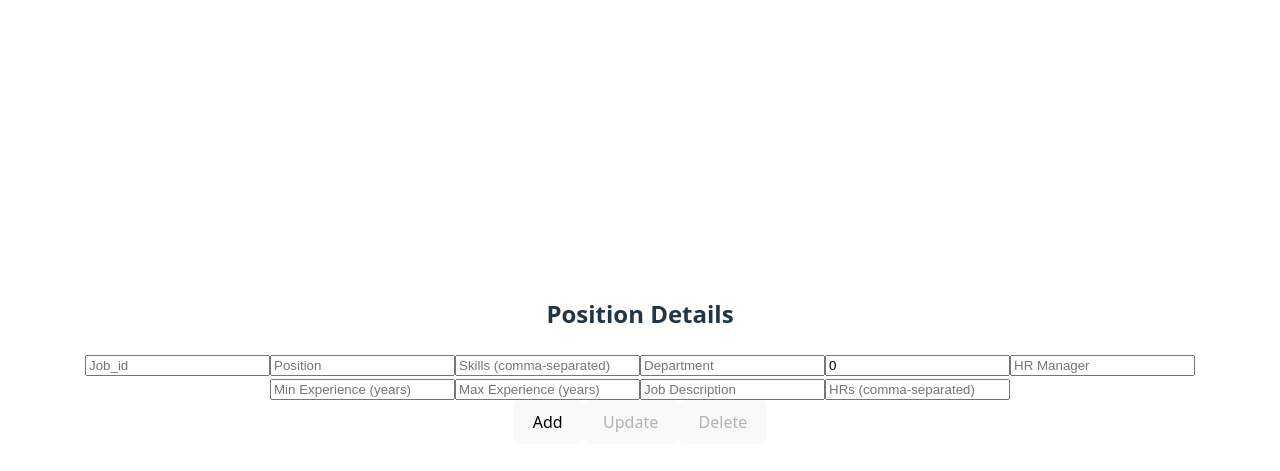
Repository: Moqueed/Delta_Iot
Page: /admin-dashboard/active-positions (app in client/)
An editor plug-in stored every save of this project. The page is shown before and after the next save, followed by the edit.
The browser window is 1280 px wide. The pictures show the whole page.
The project was rebuilt for these pictures with package versions that can differ from the ones it lists, and the page was loaded fresh each time. Also part of the build but not shown: client/vite.config.js, client/src/api/users.js, client/src/pages/Register/index.jsx, client/src/pages/Login/index.jsx, client/src/components/ProtectedRoute.jsx, client/src/pages/HR/HRDashboard.jsx, client/src/pages/Admin/AdminDashboard.jsx, client/src/pages/HR/TotalDataPage.jsx.

Above is the page before, as saved 2025-03-15 16:04:18.

### client/src/App.jsx
import { Route, Routes } from "react-router-dom";
import "./App.css";
import RegisterPage from "./pages/Register";
import LoginPage from "./pages/Login";
import ProtectedRoute from "./components/ProtectedRoute";
import HRDashboard from "./pages/HR/HRDashboard";
import AdminDashboard from "./pages/Admin/AdminDashboard";
import TotalDataPage from "./pages/HR/TotalDataPage";
import ActivePositions from "./pages/Admin/ActivePositions";

function App() {
  return (
    <>
      <Routes>
        <Route path="/register" element={<RegisterPage />} />
        <Route path="/login" element={<LoginPage />} />
        <Route
          path="/hr-dashboard"
          element={
            <ProtectedRoute role="HR">
              <HRDashboard />
            </ProtectedRoute>
          }
        />
        <Route
          path="/admin-dashboard"
          element={
            <ProtectedRoute role="Admin">
              <AdminDashboard />
            </ProtectedRoute>
          }
        />
        <Route path="*" element={<LoginPage />} />
        <Route path="/total-data" element={<TotalDataPage/>}/>
        <Route path="/admin-dashboard/active-positions" element={<ActivePositions/>}/>
      </Routes>
    </>
  );
}

export default App;

### client/src/pages/Admin/ActivePositions.jsx
import React, { useState, useEffect } from "react";
import { createPosition, deletePosition, updatePosition } from "../../api/activePositions";

const PositionForm = ({ selectedPosition, refreshPositions }) => {
  // ✅ Define state at the top level
  const initialFormState = {
    job_id:"",
    position: "",
    skills: "",
    department: "",
    vacancy: 0,
    manager: "",
    minimum_experience: "",
    maximum_experience: "",
    job_description: "",
    HRs: "",
  };

  const [formData, setFormData] = useState(initialFormState);

  // ✅ Fill form when selecting a position
  useEffect(() => {
    if (selectedPosition) {
      setFormData({
        ...selectedPosition,
        skills: Array.isArray(selectedPosition.skills)
          ? selectedPosition.skills.join(", ")
          : selectedPosition.skills,
        HRs: Array.isArray(selectedPosition.HRs)
          ? selectedPosition.HRs.join(", ")
          : selectedPosition.HRs,
      });
    } else {
      setFormData(initialFormState);
    }
  }, [selectedPosition]);

  // ✅ Handle form input changes (convert skills/HRs to arrays)
  const handleChange = (e) => {
    const { name, value } = e.target;
    setFormData({
      ...formData,
      [name]: ["skills", "HRs"].includes(name)
        ? value.split(",").map((item) => item.trim())
        : value,
    });
  };

  // ✅ Add new position
  const handleAdd = async () => {
    try {
      const payload = {
        ...formData,
        skills: Array.isArray(formData.skills)
          ? formData.skills
          : formData.skills.split(",").map((skill) => skill.trim()),
      };

      await createPosition(payload);
      alert("Position added successfully!");
      setFormData(initialFormState);
      refreshPositions();
    } catch (error) {
      console.error("Failed to add position:", error);
    }
  };

  // ✅ Update existing position
  const handleUpdate = async () => {
    try {
      if (selectedPosition?.job_id) {
        const formattedData = {
          ...formData,
          skills: formData.skills.split(",").map((skill) => skill.trim()),
          HRs: formData.HRs.split(",").map((hr) => hr.trim()),
        };

        await updatePosition(selectedPosition.job_id, formattedData);
        alert("Position updated successfully!");
        refreshPositions();
      }
    } catch (error) {
      console.error("Failed to update position:", error);
      alert("Error: " + (error.response?.data?.error || error.message));
    }
  };

  // ✅ Delete position
  const handleDelete = async () => {
    try {
      if (selectedPosition?.job_id) {
        await deletePosition(selectedPosition.job_id);
        alert("Position deleted successfully!");
        setFormData(initialFormState);
        refreshPositions();
      }
    } catch (error) {
      console.error("Failed to delete position:", error);
      alert("Error: " + (error.response?.data?.error || error.message));
    }
  };

  // ✅ Render form UI
  return (
    <div className="position-form">
      <h2>Position Details</h2>

      <input
        name="job_id"
        placeholder="Job_id"
        value={formData.job_id}
        onChange={handleChange}
      />
      <input
        name="position"
        placeholder="Position"
        value={formData.position}
        onChange={handleChange}
      />
       <input
        name="skills"
        placeholder="Skills (comma-separated)"
        value={formData.skills}
        onChange={handleChange}
      />
       <input
        name="department"
        placeholder="Department"
        value={formData.department}
        onChange={handleChange}
      />
       <input
        name="vacancy"
        placeholder="Vacancy"
        value={formData.vacancy}
        onChange={handleChange}
      />
       <input
        name="manager"
        placeholder="HR Manager"
        value={formData.manager}
        onChange={handleChange}
      />
      <input
        name="minimum_experience"
        placeholder="Min Experience (years)"
        type="number"
        value={formData.minimum_experience}
        onChange={handleChange}
      />
      <input
        name="maximum_experience"
        placeholder="Max Experience (years)"
        type="number"
        value={formData.maximum_experience}
        onChange={handleChange}
      />
      <input
        name="job_description"
        placeholder="Job Description"
        value={formData.job_description}
        onChange={handleChange}
      />
      <input
        name="HRs"
        placeholder="HRs (comma-separated)"
        value={formData.HRs}
        onChange={handleChange}
      />

      {/* Button Row */}
      <div className="button-row">
        <button className="add-btn" onClick={handleAdd}>
          Add
        </button>
        <button
          className="update-btn"
          onClick={handleUpdate}
          disabled={!selectedPosition}
        >
          Update
        </button>
        <button
          className="delete-btn"
          onClick={handleDelete}
          disabled={!selectedPosition}
        >
          Delete
        </button>
      </div>
    </div>
  );
};

export default PositionForm;

### client/src/api/activePositions.js
import axiosInstance from ".";


// Fetch all active positions
export const fetchPositions = async () => {
  try {
    const response = await axiosInstance.get("/api/positions/get-position");
    return response.data;
  } catch (error) {
    console.error("Error fetching positions:", error);
    throw error;
  }
};

// Create a new active position
// export const createPosition = async (data) => {
//   try {
//     console.log("📨 Sending data:", data);
//     const response = await axiosInstance.post("/api/positions/add-position", data);
//     return response.data;
//   } catch (error) {
//     console.error("Error creating position:", error);
//     throw error;
//   }
// };

export const createPosition = async (data) => {
  try {
    const payload = {
      job_id: data.job_id || null,
      position: data.position?.trim() || "Unknown Position",
      skills: Array.isArray(data.skills) ? data.skills.map(skill => skill.trim()) : [],
      department: data.department?.trim() || "General",
      vacancy: Number(data.vacancy) || 1,
      location: data.location?.trim() || "Remote",
      description: data.description?.trim() || "No description provided",
    };

    console.log("📨 Sending data:", JSON.stringify(data, null, 2));

    const response = await axiosInstance.post("/api/positions/add-position", payload);
    return response.data;
  } catch (error) {
    console.error("Error creating position:", error.response?.data || error.message);
    throw error;
  }
};


// Update an existing active position
export const updatePosition = async (id, data) => {
  try {
    const response = await axiosInstance.put(`/api/positions/update/${id}`, data);
    return response.data;
  } catch (error) {
    console.error("Error updating position:", error);
    throw error;
  }
};

// Delete an active position
export const deletePosition = async (id) => {
  try {
    const response = await axiosInstance.delete(`/api/positions/delete/${id}`);
    return response.data;
  } catch (error) {
    console.error("Error deleting position:", error);
    throw error;
  }
};

### client/src/api/index.js
import axios from "axios";

const axiosInstance = axios.create({
  baseURL: "http://localhost:5000",
  headers: { "Content-Type": "application/json" },
});

// ✅ Add token to headers if available
axiosInstance.interceptors.request.use((config) => {
  const token = localStorage.getItem("token");
  if (token) config.headers.Authorization = `Bearer ${token}`;
  return config;
},
function (error) {
    return Promise.reject(error);
  }
);

export default axiosInstance;

Loaded but not shown: client/index.html (common file); client/src/main.jsx (common file); client/src/index.css (common file); client/src/App.css (common file)

After the next save:
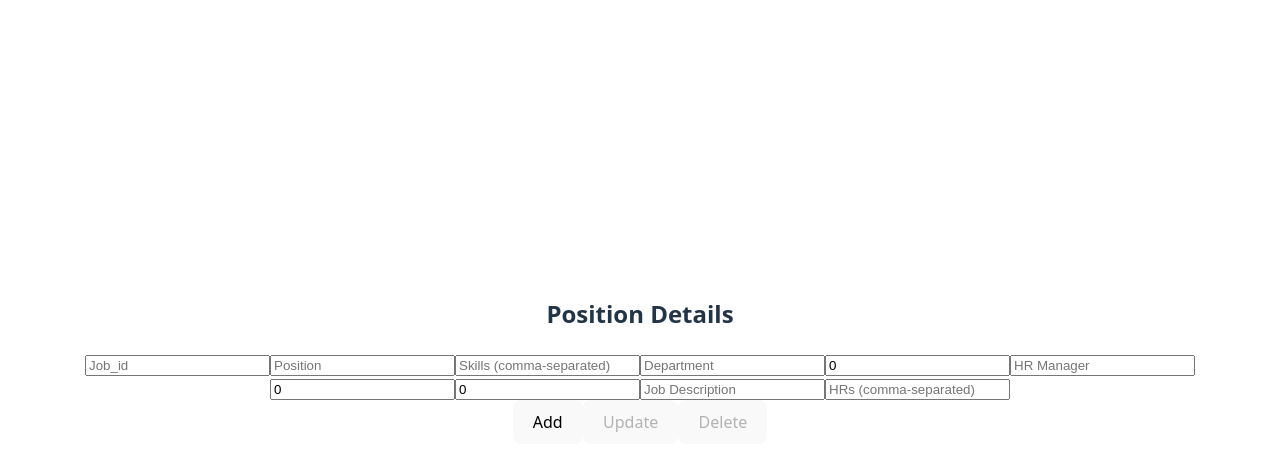
Saved 30 s later.
--- a/client/src/pages/Admin/ActivePositions.jsx
+++ b/client/src/pages/Admin/ActivePositions.jsx
@@ -10,8 +10,8 @@ const PositionForm = ({ selectedPosition, refreshPositions }) => {
     department: "",
     vacancy: 0,
     manager: "",
-    minimum_experience: "",
-    maximum_experience: "",
+    minimum_experience: 0,
+    maximum_experience: 0,
     job_description: "",
     HRs: "",
   };
